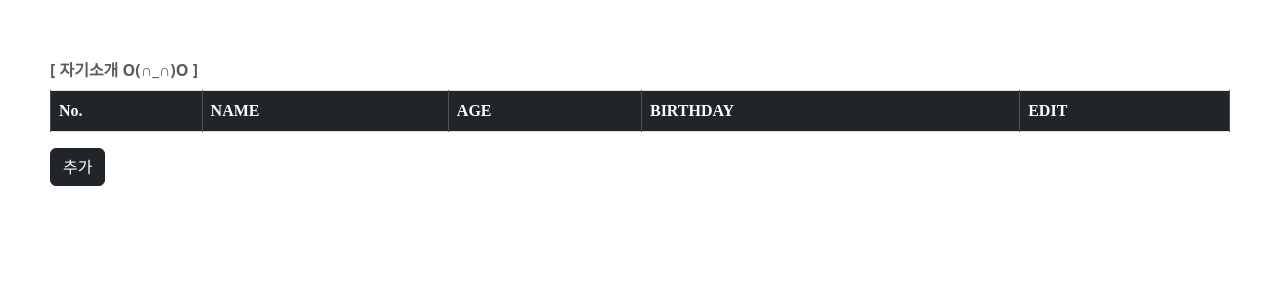
Repository: jini8293/Sist_04
Page: http://localhost/jspProject/intro/introList.jsp
An editor plug-in stored every save of this project. The page is shown before and after the next save, followed by the edit.
The browser window is 1280 px wide. The pictures show the whole page.
Some web fonts or font styles are not loaded; a fallback is used. The page is served by Tomcat 9. Other server files are loaded and not shown. Queries for data that is not in the repository find no rows.

Above is the page before, as saved 2024-03-07 00:43:52.

### jspwork/jspProject/src/main/webapp/intro/introList.jsp
<%@page import="intro.model.IntroDto"%>
<%@page import="java.util.Vector"%>
<%@page import="intro.model.IntroDao"%>
<%@page import="java.util.ArrayList"%>
<%@ page language="java" contentType="text/html; charset=UTF-8"
	pageEncoding="UTF-8"%>
<!DOCTYPE html>
<html>
<head>
<meta charset="UTF-8">
<link
	href="https://fonts.googleapis.com/css2?family=Black+Han+Sans&family=Gowun+Dodum&family=IBM+Plex+Sans+KR&display=swap"
	rel="stylesheet">
<link
	href="https://cdn.jsdelivr.net/npm/bootstrap@5.3.2/dist/css/bootstrap.min.css"
	rel="stylesheet">
<script src="https://code.jquery.com/jquery-3.7.0.js"></script>
<title>Insert title here</title>
</head>
<%
IntroDao dao = new IntroDao();
Vector<IntroDto> intro = dao.listIntro();
%>
<body>

	<div style="margin: 50px 50px">
		<table class="table table-bordered">
			<caption align="top">
				<b>[ 자기소개 O(∩_∩)O ]</b>
			</caption>
			<tr>

				<th style="font-family: IBM Plex Sans KR;" class="table-dark">No.</th>
				<th style="font-family: IBM Plex Sans KR" class="table-dark">NAME</th>
				<th style="font-family: IBM Plex Sans KR" class="table-dark">AGE</th>
				<th style="font-family: IBM Plex Sans KR" class="table-dark">BIRTHDAY</th>
				<th style="font-family: IBM Plex Sans KR" class="table-dark">EDIT</th>

			</tr>
			<%
			for (int i = 0; i < intro.size(); i++) {
				IntroDto dto = intro.get(i);

			%>

			<tr>
				<td align="center"><%=i+1%></td>
				<td align="center"><%=dto.getName()%></td>
				<td align="center"><%=dto.getAge()%></td>
				<td align="center"><%=dto.getBirthday()%></td>
				<td align="center"><button type="button" class="btn btn-success btn-sm"
						onclick="location.href='updateForm.jsp?num=<%=dto.getNum()%>'">수정</button>
				</td>
			</tr>
			<%
			}
			%>

		</table>
		<button type="button" class="btn btn-dark"
			onclick="location.href='addForm.jsp'">추가</button>

	</div>
</body>
</html>

### jspwork/jspProject/src/main/java/intro/model/IntroDao.java
package intro.model;

import java.sql.Connection;
import java.sql.PreparedStatement;
import java.sql.ResultSet;
import java.sql.SQLException;
import java.util.ArrayList;
import java.util.List;
import java.util.Vector;

import mysql.db.DbConnect;
import team.model.TeamDto;

public class IntroDao {
	DbConnect db = new DbConnect();

	public void insertIntro(IntroDto dto) {

		Connection conn = db.getConnection();
		PreparedStatement pstmt = null;

		String sql = "insert into intro (name,age,birthday,hometown,hobby,memo) values(?,?,?,?,?,?)";

		try {
			pstmt = conn.prepareStatement(sql);

			pstmt.setString(1, dto.getName());
			pstmt.setString(2, dto.getAge());
			pstmt.setString(3, dto.getBirthday());
			pstmt.setString(4, dto.getHometown());
			pstmt.setString(5, dto.getHobby());
			pstmt.setString(6, dto.getMemo());

			// 실행
			pstmt.execute();

		} catch (SQLException e) {
			// TODO Auto-generated catch block
			e.printStackTrace();
		} finally {
			db.dbClose(pstmt, conn);
		}

	}

	public List<IntroDto> getData(){
		List<IntroDto> list = new Vector<IntroDto>();

		Connection conn = db.getConnection();
		PreparedStatement pstmt = null;
		ResultSet rs = null;

		String sql = "select * from intro order by num";

		try {
			pstmt = conn.prepareStatement(sql);
			rs = pstmt.executeQuery();

			while(rs.next()) {
				IntroDto dto = new IntroDto();

				dto.setNum(rs.getString("num"));
				dto.setName(rs.getString("name"));
				dto.setAge(rs.getString("age"));
				dto.setBirthday(rs.getString("birthday"));
				dto.setHometown(rs.getString("hometown"));
				dto.setMemo(rs.getString("memo"));

			}
		} catch (SQLException e) {
			// TODO Auto-generated catch block
			e.printStackTrace();
		}finally {
			db.dbClose(rs, pstmt, conn);
		}
		return list;
	}

	public Vector<IntroDto> listIntro() {
		Vector<IntroDto> intro = new Vector<IntroDto>();

		Connection conn = db.getConnection();
		PreparedStatement pstmt = null;
		ResultSet rs = null;

		String sql = "select * from intro order by num";

		try {
			pstmt = conn.prepareStatement(sql);
			rs = pstmt.executeQuery();

			while (rs.next()) {
				IntroDto dto = new IntroDto();

				dto.setNum(rs.getString("num"));
				dto.setName(rs.getString("name"));
				dto.setAge(rs.getString("age"));
				dto.setBirthday(rs.getString("birthday"));
				dto.setHometown(rs.getString("hometown"));
				dto.setHobby(rs.getString("hobby"));
				dto.setMemo(rs.getString("memo"));

				intro.add(dto);

			}
		} catch (SQLException e) {
			// TODO Auto-generated catch block
			e.printStackTrace();
		} finally {
			db.dbClose(rs, pstmt, conn);
		}

		return intro;

	}

}

### jspwork/jspProject/src/main/java/mysql/db/DbConnect.java
package mysql.db;

import java.sql.Connection;
import java.sql.DriverManager;
import java.sql.PreparedStatement;
import java.sql.ResultSet;
import java.sql.SQLException;
import java.sql.Statement;

public class DbConnect {

	static final String MYSQLDRIVER="com.mysql.cj.jdbc.Driver";
	static final String MYSQL_URL="jdbc:mysql://localhost:3306/kje";

	public DbConnect() {
		try {
			Class.forName(MYSQLDRIVER);
			System.out.println("mysql 드라이버성공");
		} catch (ClassNotFoundException e) {
			// TODO Auto-generated catch block
			//e.printStackTrace();
			System.out.println("mysql 드라이버 실패"+e.getMessage());
		}
	}


	public Connection getConnection()
	{
		Connection conn=null;

		try {
			conn=DriverManager.getConnection(MYSQL_URL, "angel", "a1234");
			System.out.println("MYSQL계정연결성공");
		} catch (SQLException e) {
			// TODO Auto-generated catch block
			e.printStackTrace();
			System.out.println("MYSQL연결실패: "+e.getMessage());
		}


		return conn;
	}

	//close 총 4개 오버로딩
	public void dbClose(ResultSet rs,Statement stmt,Connection conn)
	{

			try {
				if(rs!=null) rs.close();
				if(stmt!=null) stmt.close();
				if(conn!=null) conn.close();
			} catch (SQLException e) {
				// TODO Auto-generated catch block
				e.printStackTrace();
			}
	}

	public void dbClose(Statement stmt,Connection conn)
	{

			try {

				if(stmt!=null) stmt.close();
				if(conn!=null) conn.close();
			} catch (SQLException e) {
				// TODO Auto-generated catch block
				e.printStackTrace();
			}
	}

	public void dbClose(ResultSet rs,PreparedStatement pstmt,Connection conn)
	{

			try {
				if(rs!=null) rs.close();
				if(pstmt!=null) pstmt.close();
				if(conn!=null) conn.close();
			} catch (SQLException e) {
				// TODO Auto-generated catch block
				e.printStackTrace();
			}
	}

	public void dbClose(PreparedStatement pstmt,Connection conn)
	{

			try {

				if(pstmt!=null) pstmt.close();
				if(conn!=null) conn.close();
			} catch (SQLException e) {
				// TODO Auto-generated catch block
				e.printStackTrace();
			}
	}




//	public static void main(String[] args) {
//		DbConnect db = new DbConnect();
//	}
//

}

After the next save:
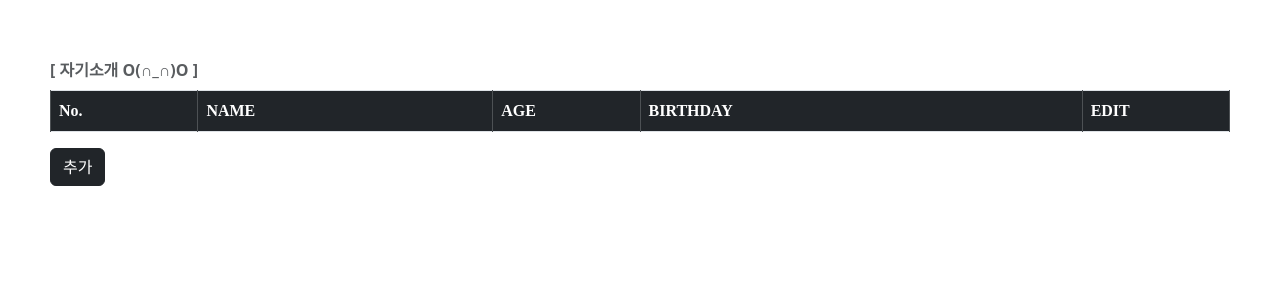
Saved 44 s later.
--- a/jspwork/jspProject/src/main/webapp/intro/introList.jsp
+++ b/jspwork/jspProject/src/main/webapp/intro/introList.jsp
@@ -30,11 +30,11 @@
 			</caption>
 			<tr>
 
-				<th style="font-family: IBM Plex Sans KR;" class="table-dark">No.</th>
-				<th style="font-family: IBM Plex Sans KR" class="table-dark">NAME</th>
-				<th style="font-family: IBM Plex Sans KR" class="table-dark">AGE</th>
-				<th style="font-family: IBM Plex Sans KR" class="table-dark">BIRTHDAY</th>
-				<th style="font-family: IBM Plex Sans KR" class="table-dark">EDIT</th>
+				<th style="font-family: IBM Plex Sans KR;" class="table-dark" width="100">No.</th>
+				<th style="font-family: IBM Plex Sans KR" class="table-dark" width="200">NAME</th>
+				<th style="font-family: IBM Plex Sans KR" class="table-dark" width="100">AGE</th>
+				<th style="font-family: IBM Plex Sans KR" class="table-dark" width="300">BIRTHDAY</th>
+				<th style="font-family: IBM Plex Sans KR" class="table-dark" width="100">EDIT</th>
 
 			</tr>
 			<%

After the save that followed:
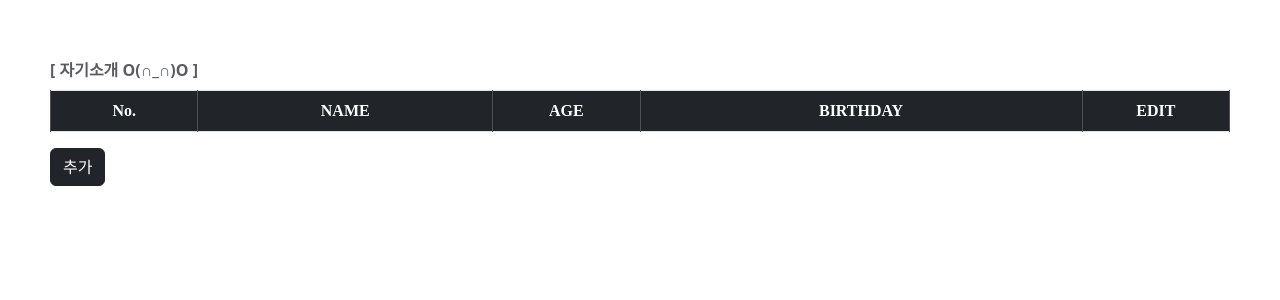
Saved 19 s later.
--- a/jspwork/jspProject/src/main/webapp/intro/introList.jsp
+++ b/jspwork/jspProject/src/main/webapp/intro/introList.jsp
@@ -28,7 +28,7 @@
 			<caption align="top">
 				<b>[ 자기소개 O(∩_∩)O ]</b>
 			</caption>
-			<tr>
+			<tr align="center">
 
 				<th style="font-family: IBM Plex Sans KR;" class="table-dark" width="100">No.</th>
 				<th style="font-family: IBM Plex Sans KR" class="table-dark" width="200">NAME</th>
